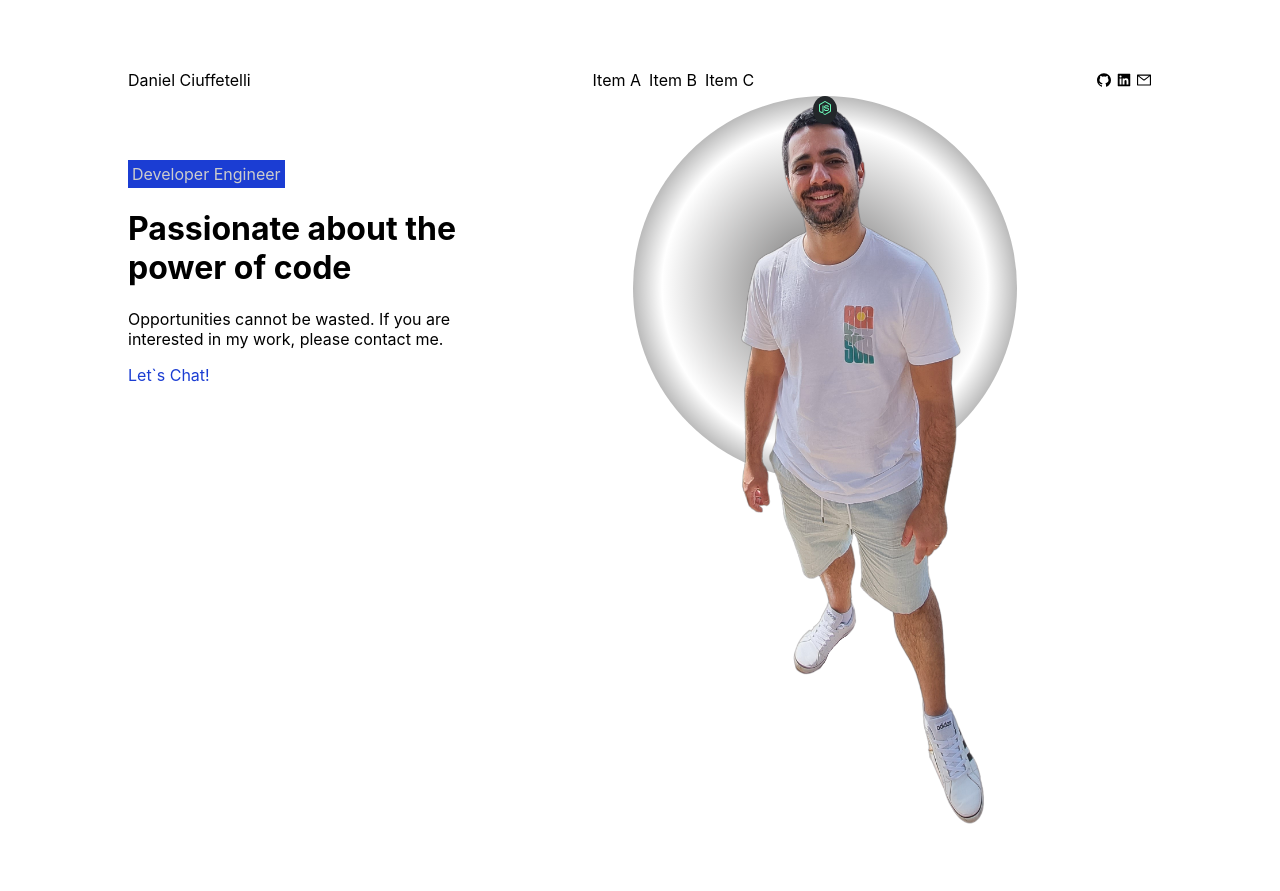
Repository: ciuffetelli/portfolio
Page: /
An editor plug-in stored every save of this project. The page is shown before and after the next save, followed by the edit.
The browser window is 1280 px wide. The pictures show the whole page.
The project was rebuilt for these pictures with package versions that can differ from the ones it lists, and the page was loaded fresh each time. The framework's server and built-in components were replaced by stand-ins that run in the browser. Also part of the build but not shown: next.config.js.

Above is the page before, as saved 2022-12-04 17:05:29.

After the next save:
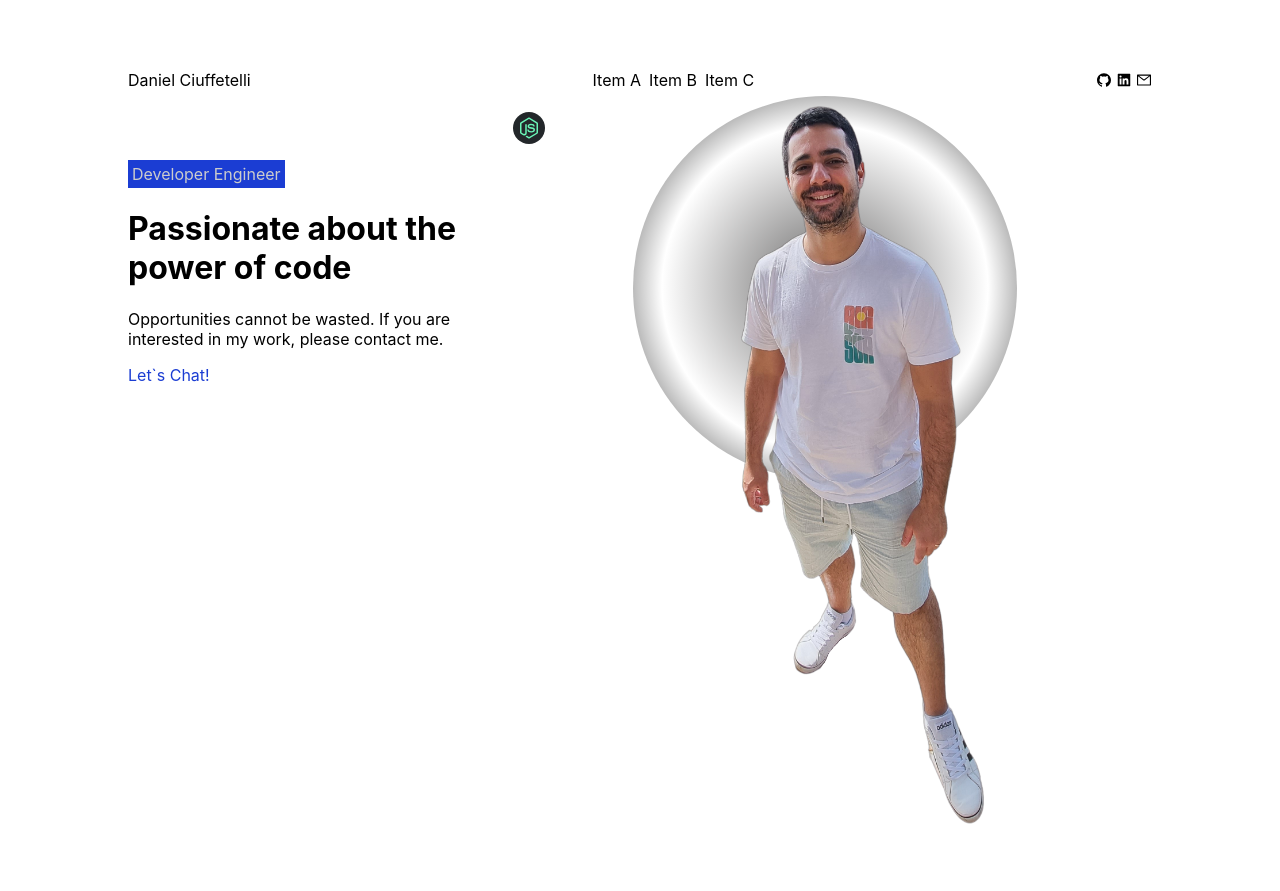
Saved 49 s later.
--- a/Components/Hero.tsx
+++ b/Components/Hero.tsx
@@ -13,7 +13,7 @@
             </LeftSide>
             <RightSide>
                 <Image src="/img/profile.png" />
-                <Tech><NodeJs /></Tech>
+                <Tech top={1} left={1} width={2} height={2}><NodeJs /></Tech>
             </RightSide>
         </Container>
     )
